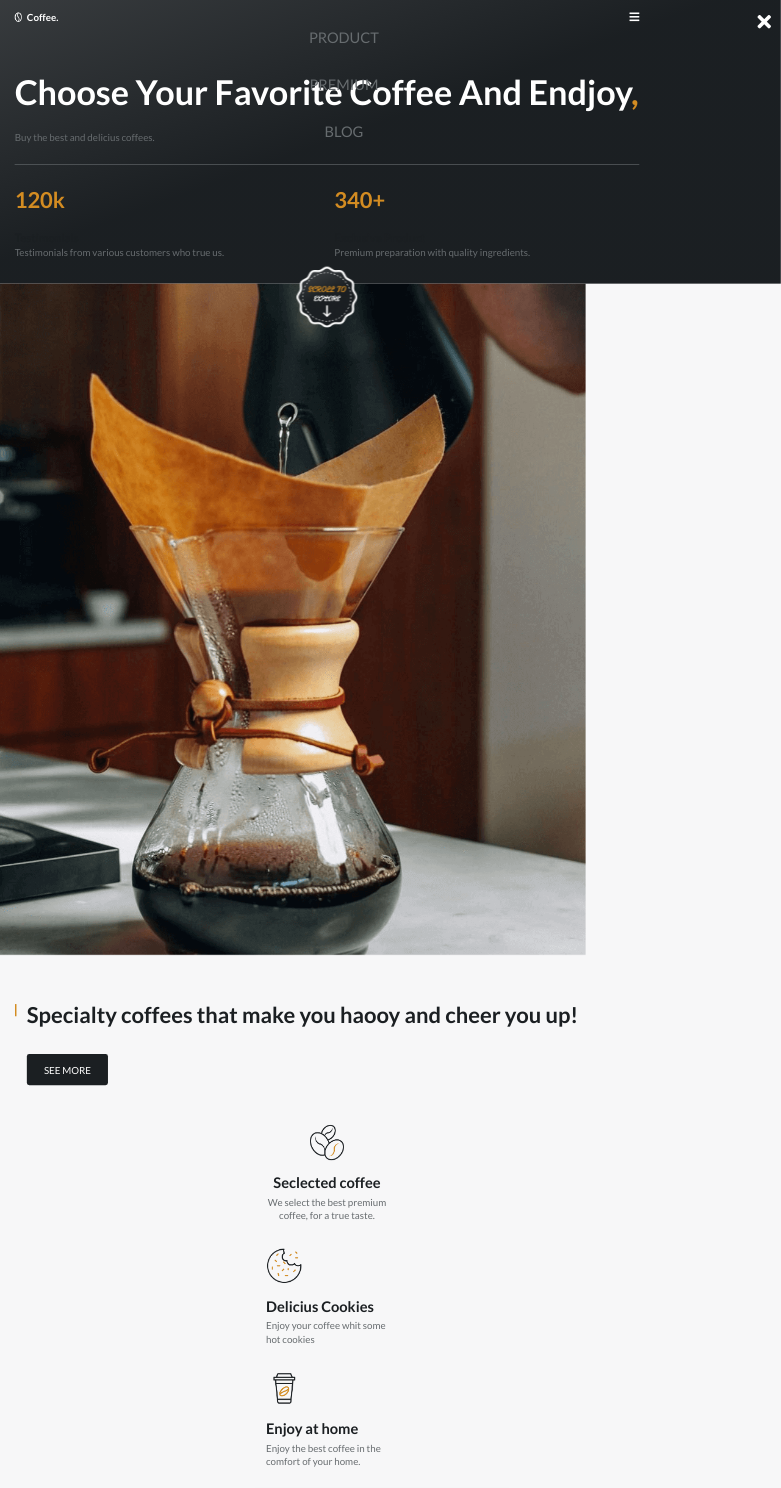
Repository: Nguyenductuan-dev/Website-coffee
Page: index.html
The author's editor kept a copy of each file at every save. The page is drawn from the files as they stood at one save, then again after the next save.
The browser window is 1280 px wide. The pictures show the whole page, at 61% of full size.

Above is the page before, as saved 2022-04-06 14:50:57.

After the next save:
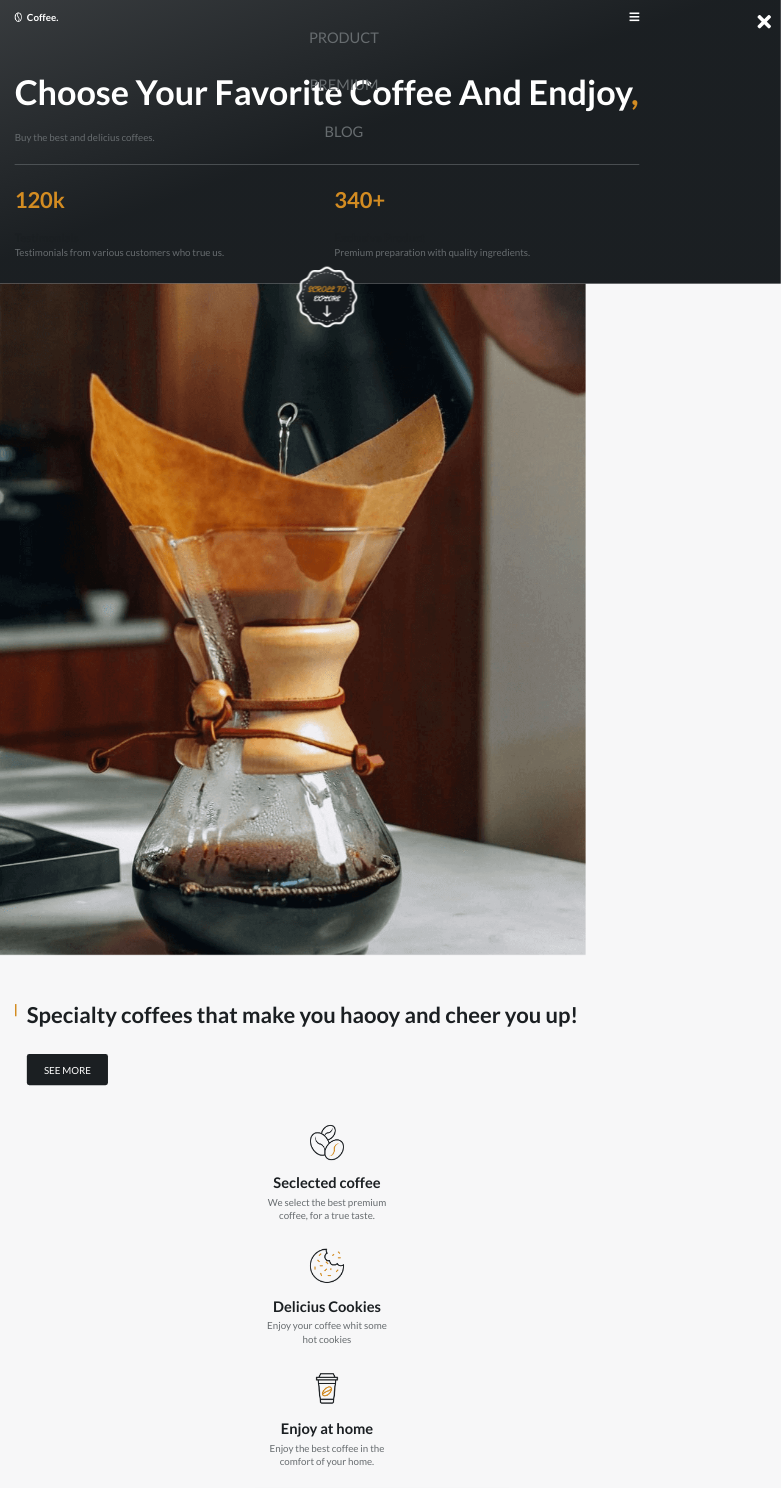
Saved 14 s later.
--- a/index.html
+++ b/index.html
@@ -111,7 +111,7 @@
                         </p>
                     </div>
 
-                    <div class="speialty__group">
+                    <div class="specialty__group">
                         <img src="assets/imgs/specialty2.png" alt="" class="specialty__img">
                         <h3 class="specialty__title">Delicius Cookies</h3>
                         <p class="specialty__description">
@@ -119,7 +119,7 @@
                         </p>
                     </div>
 
-                    <div class="speialty__group">
+                    <div class="specialty__group">
                         <img src="assets/imgs/specialty3.png" alt="" class="specialty__img">
                         <h3 class="specialty__title">Enjoy at home</h3>
                         <p class="specialty__description">
